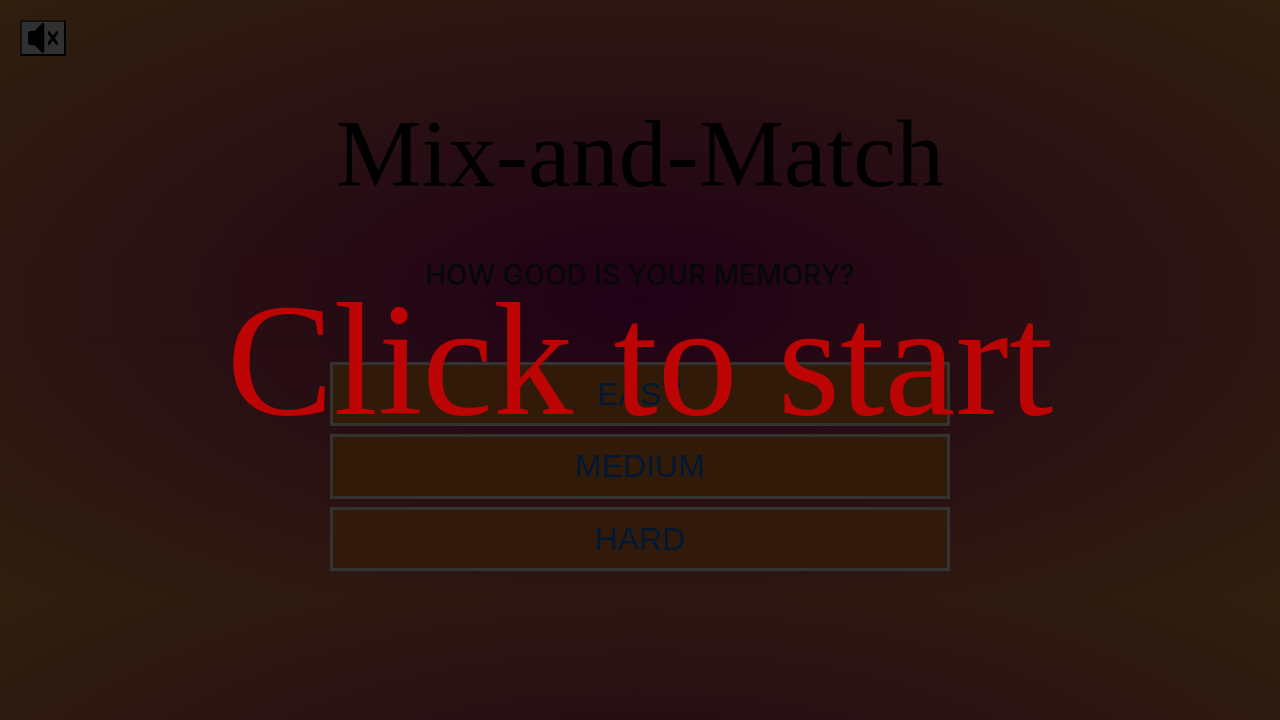
Repository: ayaanh221/memory-gam
Page: index.html
The author's editor kept a record of every edit. The page is drawn from the files as they stood at one moment, then again after the next edit.
The browser window is 1280 px wide. The pictures show the whole page.
Some web libraries are served in a nearby version.

Above is the page before.

After the next edit:
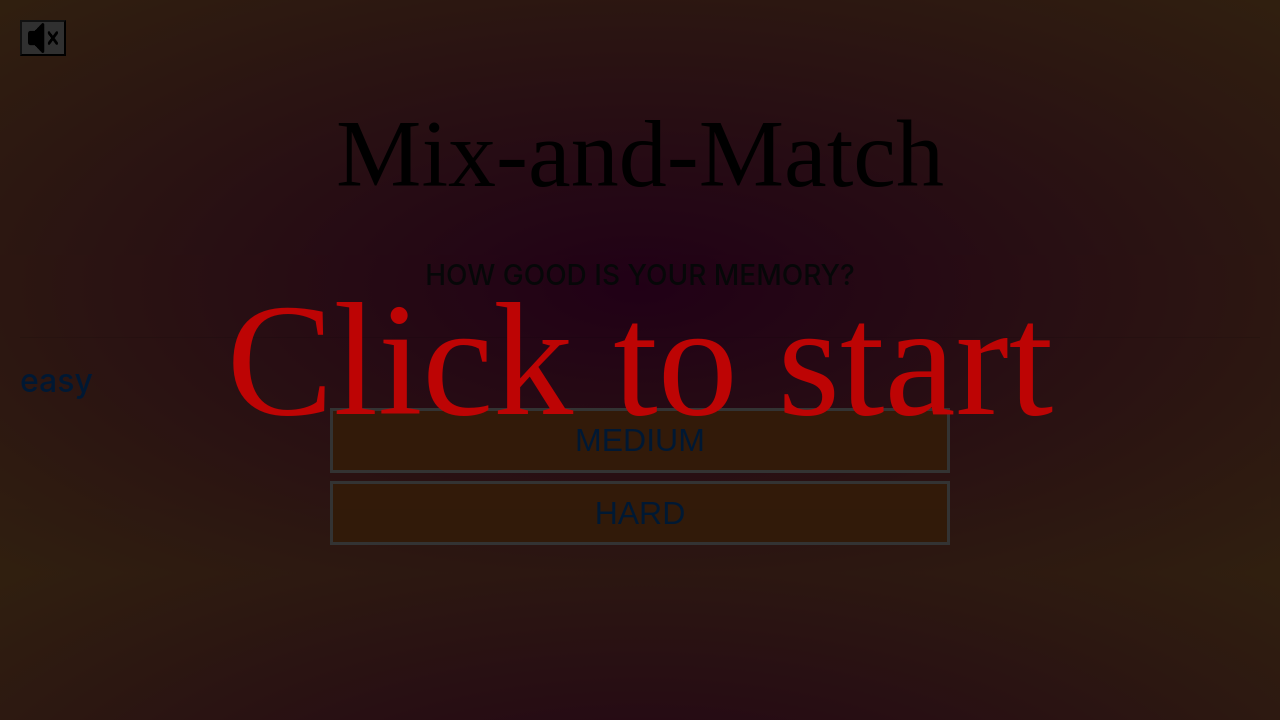
The edit:
--- a/index.html
+++ b/index.html
@@ -45,7 +45,7 @@
 <h3 class="mini"> HOW GOOD IS YOUR MEMORY?</h3>
   <hr class="my-4">
 
-<h2 class= "levels" onclick="easy()">  <a href ="easy.html"> easy</a></h2>
+<h2 class= "level" onclick="easy()">  <a href ="easy.html"> easy</a></h2>
 
    <h2 class= "levels" onclick="medium()"> <a href="medium.html">medium</a></h2>
  <h2 class= "levels" onclick="hard()"> <a href="hard.html"> hard</a></h2>
